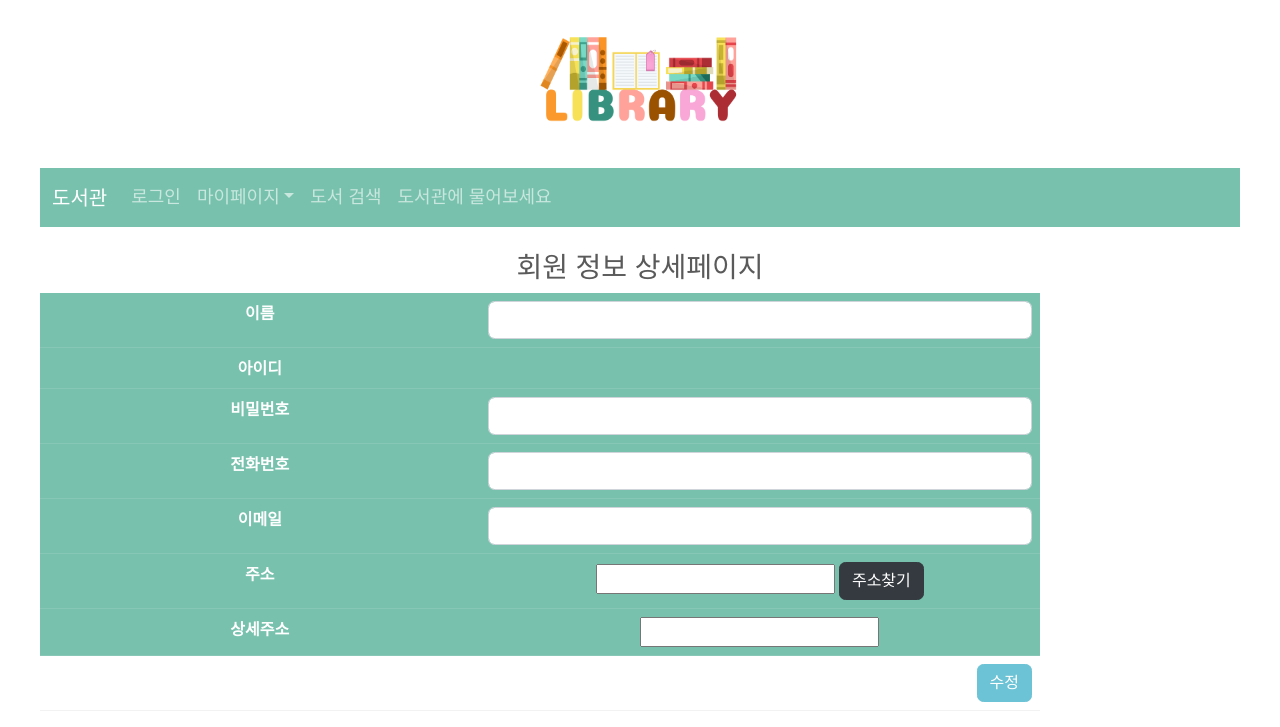
Repository: ahnbin00/Library
Page: http://localhost/BookRental/WEB-INF/book/manageMemberUpdate.jsp
The author's editor kept a copy of each file at every save. The page is drawn from the files as they stood at one save, then again after the next save.
The browser window is 1280 px wide. The pictures show the whole page.
Some web fonts or font styles are not loaded; a fallback is used. Some web libraries are served in a nearby version. The page is served by Tomcat 9. Nobody is signed in. The template is opened directly, without the code that normally fills it, so the values that code supplies are empty.

Above is the page before, as saved 2022-12-22 06:35:05.

After the next save:
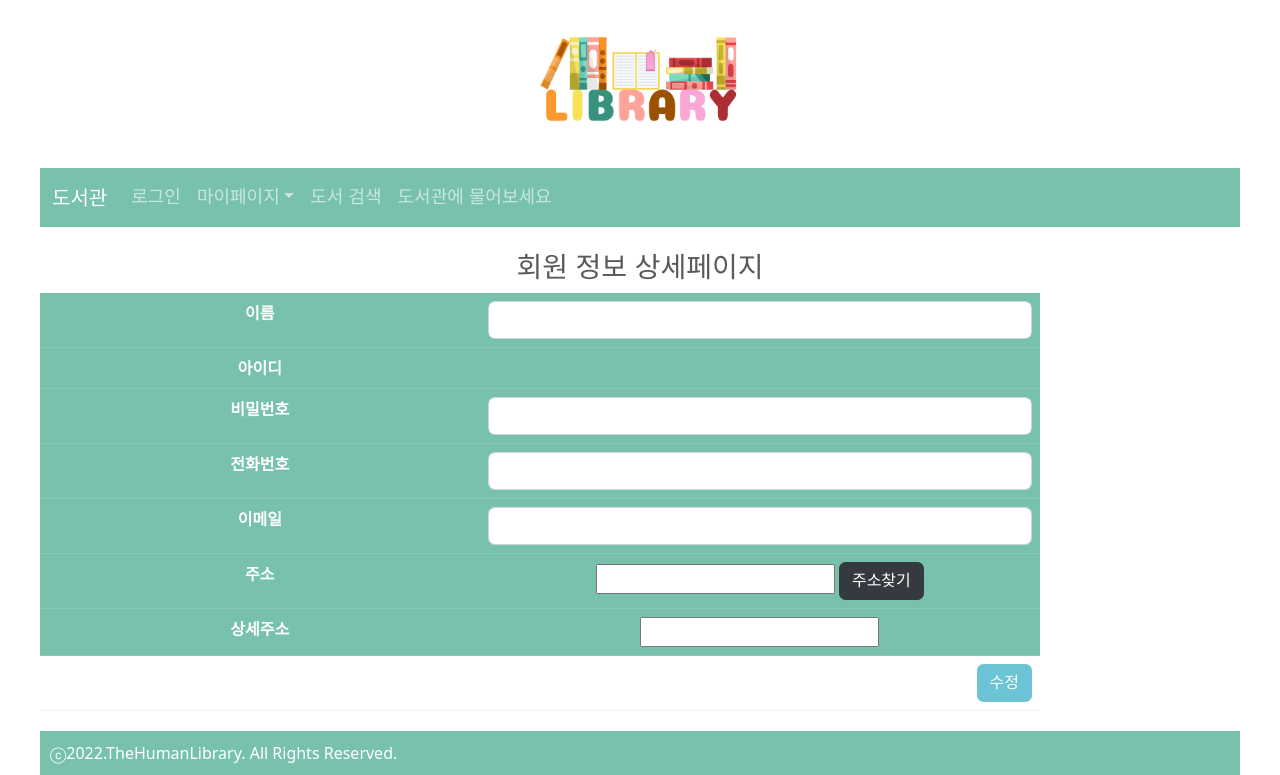
Saved 48 s later.
--- a/BookRental/src/main/webapp/WEB-INF/book/manageMemberUpdate.jsp
+++ b/BookRental/src/main/webapp/WEB-INF/book/manageMemberUpdate.jsp
@@ -65,18 +65,20 @@ th, td{
 	</div>
 
 	<script src="//t1.daumcdn.net/mapjsapi/bundle/postcode/prod/postcode.v2.js"></script>
-<script>
-	window.onload = function(){
-	    document.getElementById("address").addEventListener("click", function(){ //주소입력칸을 클릭하면
-	        //카카오 지도 발생
-	        new daum.Postcode({
-	            oncomplete: function(data) { //선택시 입력값 세팅
-	                document.getElementById("address_kakao").value = data.address; // 주소 넣기
-	                document.querySelector("input[name=address_detail]").focus(); //상세입력 포커싱
-	            }
-	        }).open();
-	    });
-	}
-</script>
+	<script>
+		window.onload = function(){
+		    document.getElementById("address").addEventListener("click", function(){ //주소입력칸을 클릭하면
+		        //카카오 지도 발생
+		        new daum.Postcode({
+		            oncomplete: function(data) { //선택시 입력값 세팅
+		                document.getElementById("address_kakao").value = data.address; // 주소 넣기
+		                document.querySelector("input[name=address_detail]").focus(); //상세입력 포커싱
+		            }
+		        }).open();
+		    });
+		}
+	</script>
+
+	<%@ include file="/WEB-INF/book/footer.jsp" %>
 </body>
 </html>
